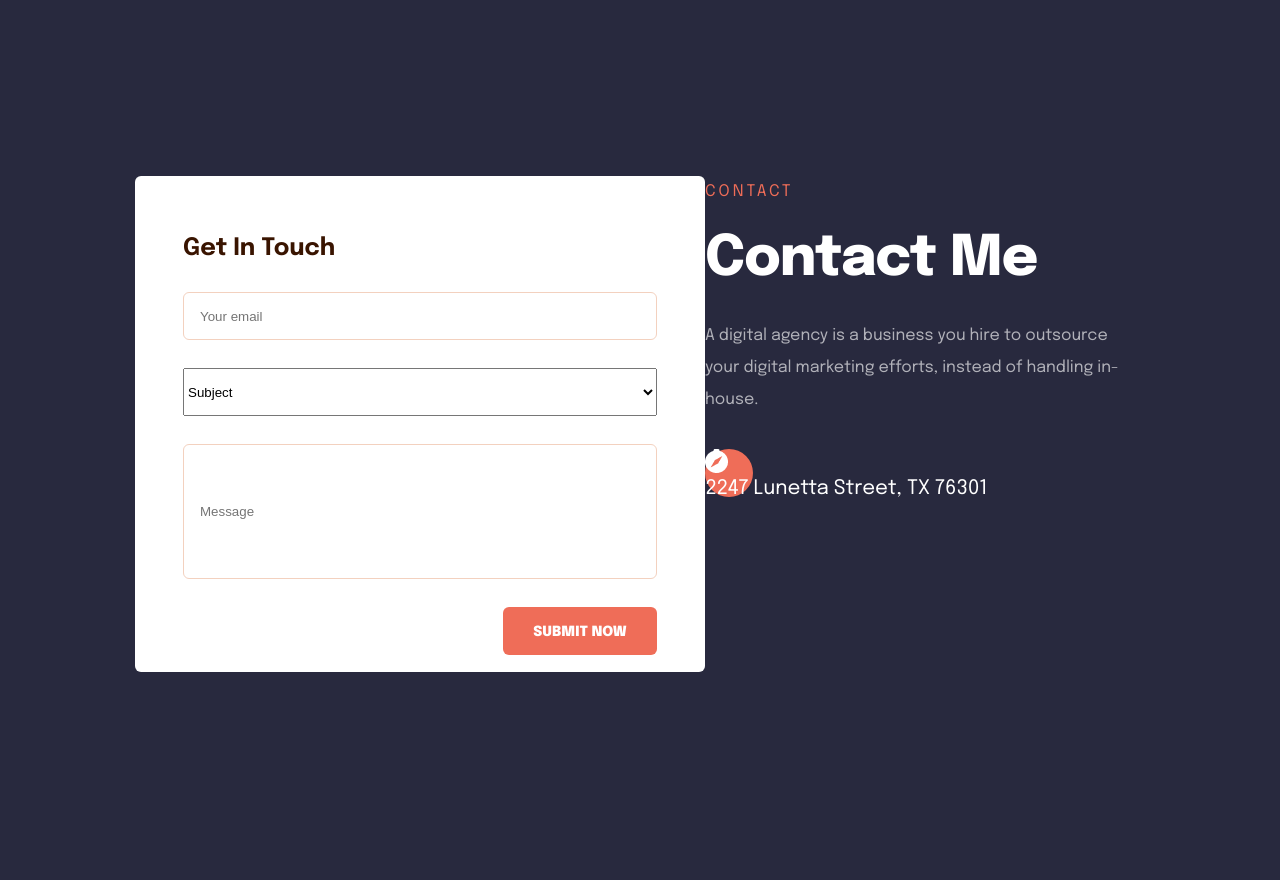
Repository: simralgasimov/contact-me
Page: index.html
The author's editor kept a copy of each file at every save. The page is drawn from the files as they stood at one save, then again after a run of saves.
The browser window is 1280 px wide. The pictures show the whole page.

Above is the page before, as saved 2023-10-04 13:21:42.

After the next 2 saves:
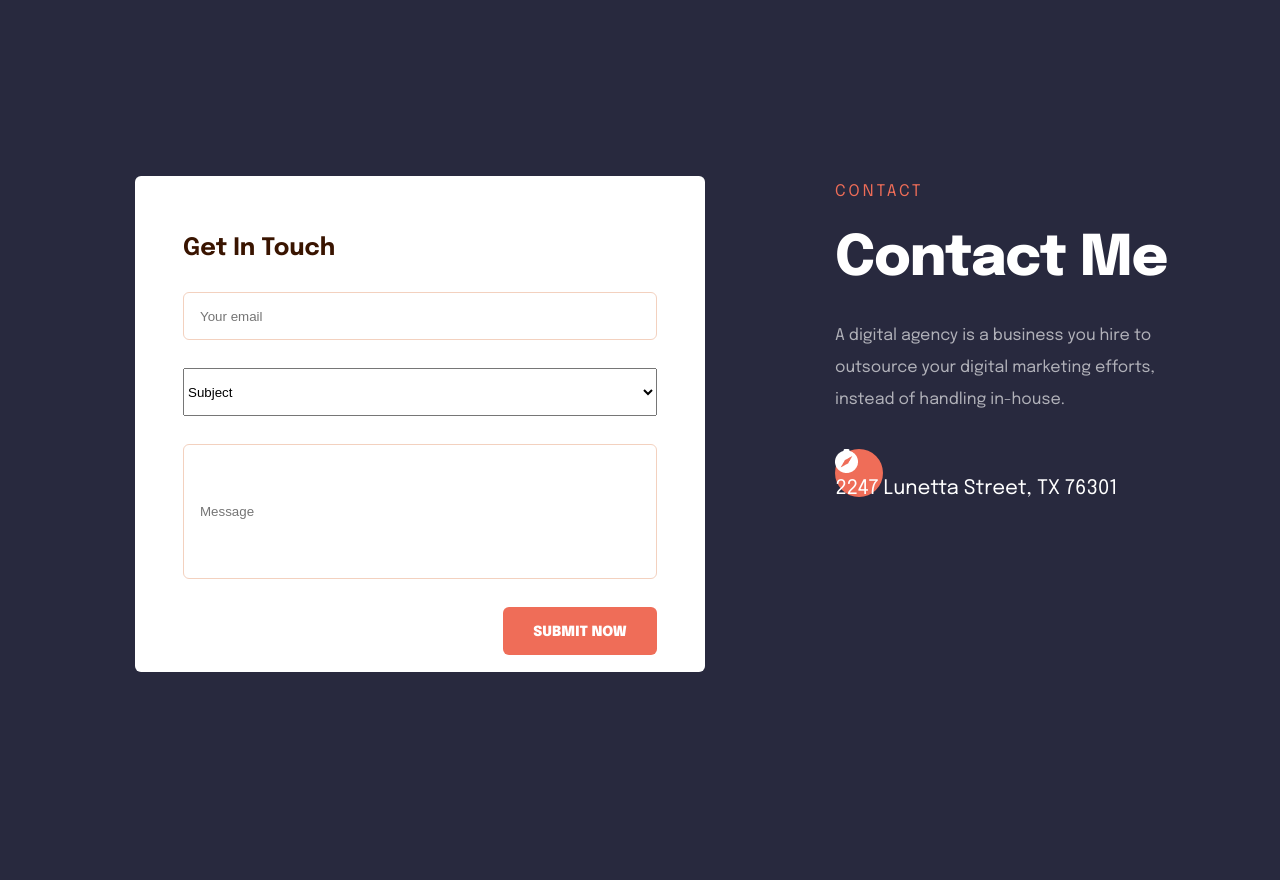
The 2 saves are shown as one change because they came seconds apart.
The last was saved 37 s later.
--- a/index.css
+++ b/index.css
@@ -27,6 +27,7 @@
 .container .form {
   width: 570px;
   height: 496px;
+  margin-right: 130px;
   border-radius: 6px;
   background: #fff;
 }
